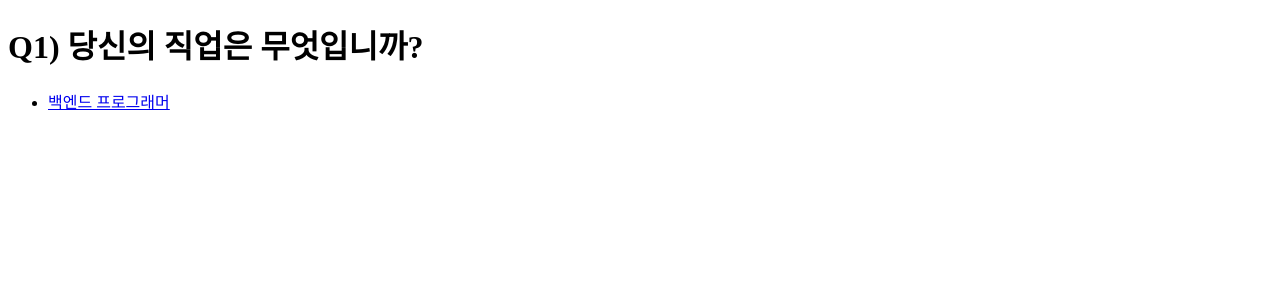
Repository: hari6180/JSP
Page: http://localhost/Model1/02_get/q03.jsp
The author's editor kept a copy of each file at every save. The page is drawn from the files as they stood at one save, then again after the next save.
The browser window is 1280 px wide. The pictures show the whole page.
The page is served by Tomcat 9.

Above is the page before, as saved 2021-01-22 02:05:47.

After the next save:
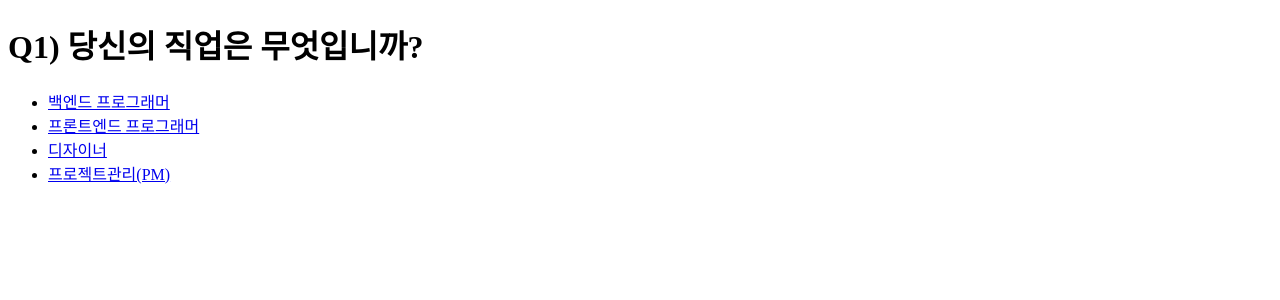
Saved 39 s later.
--- a/Model1/WebContent/02_get/q03.jsp
+++ b/Model1/WebContent/02_get/q03.jsp
@@ -19,6 +19,9 @@
     <ul>
     	<!-- 숫자값이나 영문은 별다른 처리 없이 파라미터 전달 가능함 -->
     	<li><a href="q02.jsp?ans1=Backend">백엔드 프로그래머</a></li>
+    	<li><a href="q02.jsp?ans1=Frontend">프론트엔드 프로그래머</a></li>
+    	<li><a href="q02.jsp?ans1=Designer">디자이너</a></li>
+    	<li><a href="q02.jsp?ans1=PM">프로젝트관리(PM)</a></li>
     </ul>
 </body>
 
